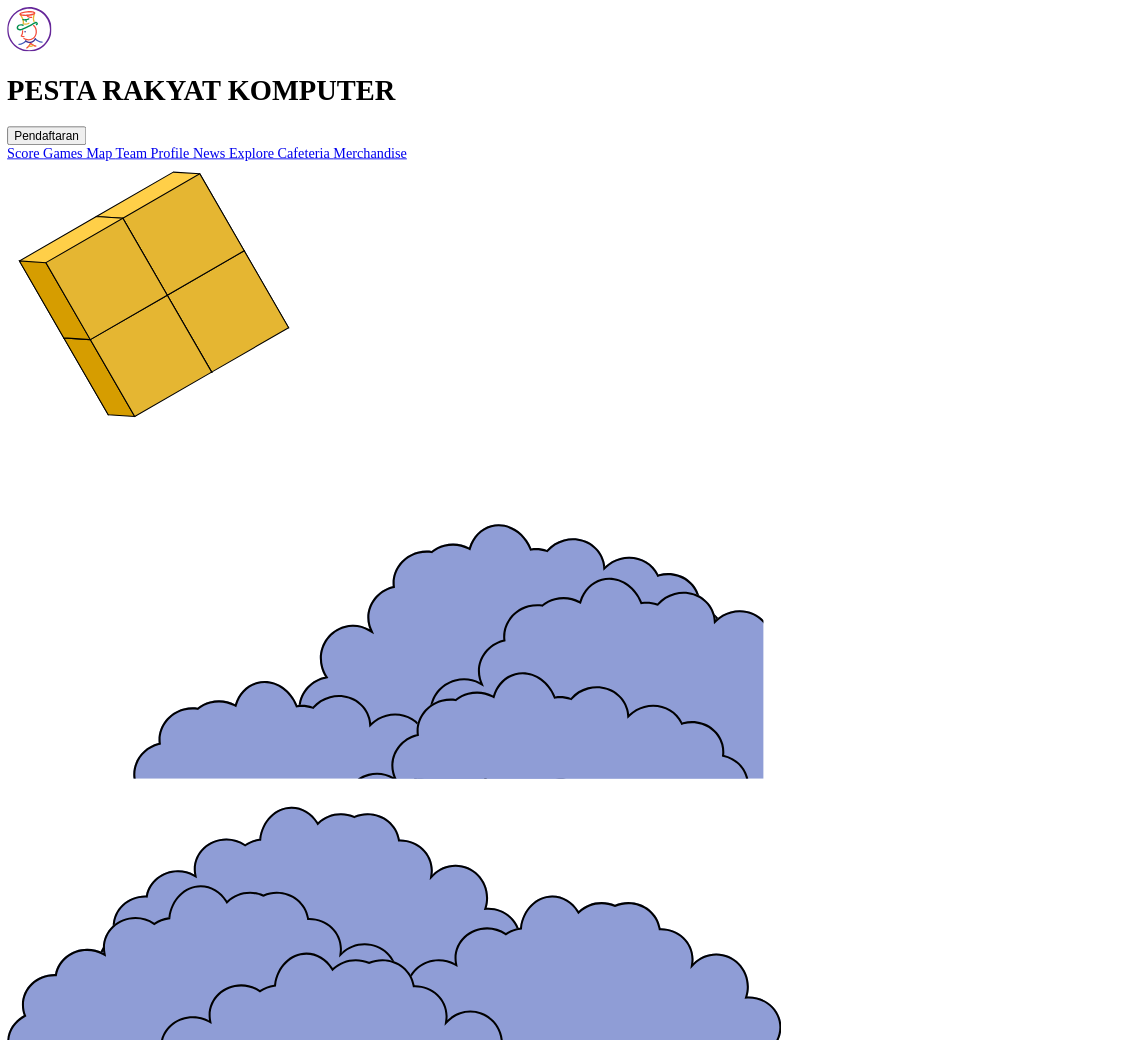
Repository: risalstrr/RegistPerak
Page: /
An editor plug-in stored every save of this project. The page is shown before and after the next save, followed by the edit.
The browser window is 1280 px wide. The pictures show the whole page, at 89% of full size.
The project was rebuilt for these pictures with package versions that can differ from the ones it lists, and the page was loaded fresh each time. The framework's server and built-in components were replaced by stand-ins that run in the browser. Also part of the build but not shown: next.config.js.

Above is the page before, as saved 2021-12-29 19:16:30.

### pages/index.js
import Head from 'next/head'
import Image from 'next/image'
import { useState } from 'react'
// import styles from '../styles/Home.module.css'

export default function Home() {
    const [isMobile, setIsMobile] = useState(false)
    return ( <
        div className = "bg-[#EBC761] w-full min-h-screen" >
        <
        Head >
        <
        title > Homepage Pendaftaran < /title> <
        /Head> <
        div className = 'z-10 flex flex-col lg:flex-row bg-[#F1D78E]' >
        <
        div className = 'bg-[#F1D78E] border-b lg:border-b-0 flex items-center justify-between' >
        <
        div className = 'flex items-center' >
        <
        div className = 'relative pt-2 pl-2' >
        <
        Image src = "/logoPerak.svg"
        width = { 50 }
        height = { 50 }
        alt = "logoPerak" /
        >
        <
        /div> <
        div className = 'text-sm md: pl-3 font-bold font-sans' >
        <
        h1 > PESTA RAKYAT KOMPUTER < /h1> <
        /div> <
        /div> <
        div className = 'pr-5 block lg:hidden' >
        <
        button className = 'font-bold font-sans'
        onClick = {
            () => setIsMobile(true) } > Pendaftaran < /button> <
        /div> <
        /div> <
        div className = 'lg:flex flex-col lg:flex-row justify-end bg-[#F1D78E] w-full py-4 lg:py-0 hidden md:hidden' >
        <
        div className = ' flex flex-col lg:flex-row' >
        <
        a href = "#"
        className = 'block px-4 py-3 lg:py-4 text-sm font-bold font-sans ' > Score < /a> <
        a href = "#"
        className = 'block px-4 py-3 lg:py-4 text-sm font-bold font-sans' > Games Map < /a> <
        a href = "#"
        className = 'block px-4 py-3 lg:py-4 text-sm font-bold font-sans' > Team Profile < /a> <
        a href = "#"
        className = 'block px-4 py-3 lg:py-4 text-sm font-bold font-sans' > News < /a> <
        a href = "#"
        className = 'block px-4 py-3 lg:py-4 text-sm font-bold font-sans' > Explore Cafeteria < /a> <
        a href = "#"
        className = 'block px-4 py-3 lg:py-4 text-sm font-bold font-sans' > Merchandise < /a> <
        /div> <
        /div> <
        /div>

        <
        div className = 'absolute top-40 right-80' >
        <
        Image src = "/kuning.svg"
        width = { 330 }
        height = { 300 }
        alt = "kuning" /
        >
        <
        /div> <
        div className = 'hidden lg:block lg:absolute -bottom-14 right-0' >
        <
        Image src = "/rightcloud.svg"
        width = { 850 }
        height = { 390 }
        alt = "cloud" /
        >

        <
        /div> <
        div className = 'hidden lg:block lg:absolute -bottom-14 -left-6' >
        <
        Image src = "/leftcloud.svg"
        width = { 870 }
        height = { 290 }
        alt = "cloud" /
        >

        <
        /div> <
        /div>
    )
}

After the next save:
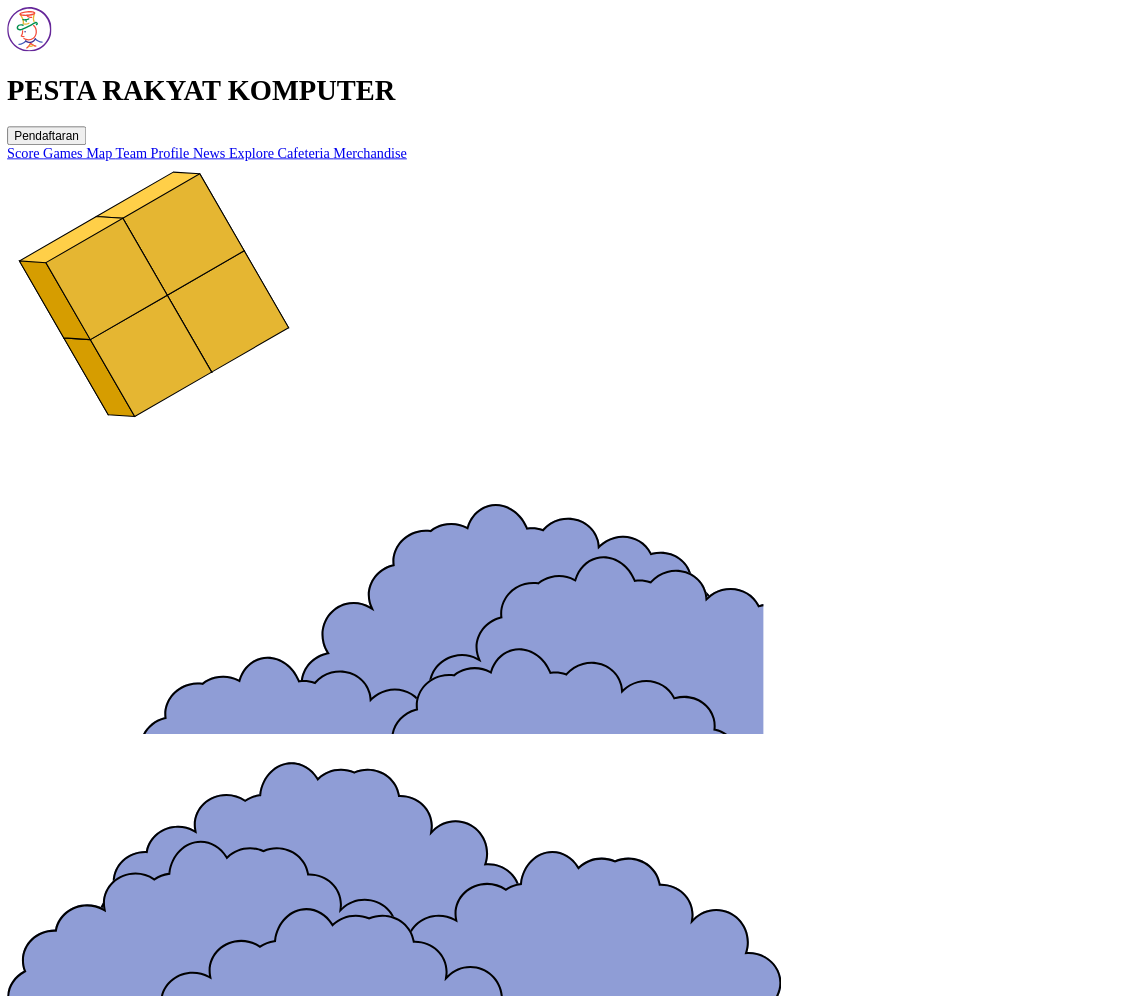
Saved 7 s later.
--- a/pages/index.js
+++ b/pages/index.js
@@ -73,7 +73,7 @@ export default function Home() {
         <
         Image src = "/rightcloud.svg"
         width = { 850 }
-        height = { 390 }
+        height = { 340 }
         alt = "cloud" /
         >
 
